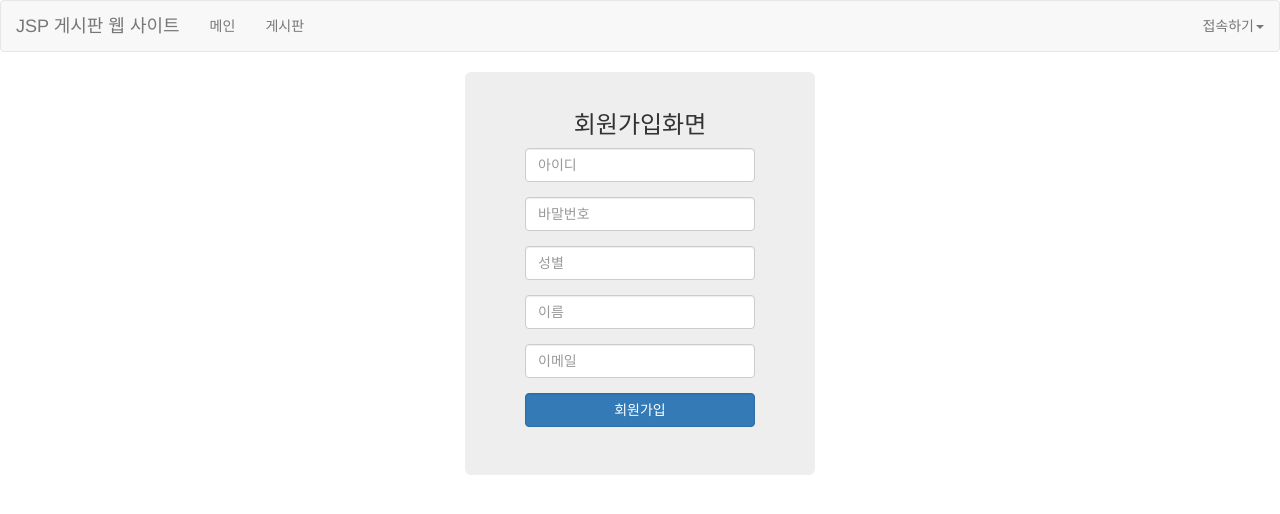
Repository: qqqkjh/JSP
Page: http://localhost/BBS/join.jsp
An editor plug-in stored every save of this project. The page is shown before and after the next save, followed by the edit.
The browser window is 1280 px wide. The pictures show the whole page.
Some web libraries are served in a nearby version. The page is served by Tomcat 9.

Above is the page before, as saved 2020-01-08 13:16:14.

After the next save:
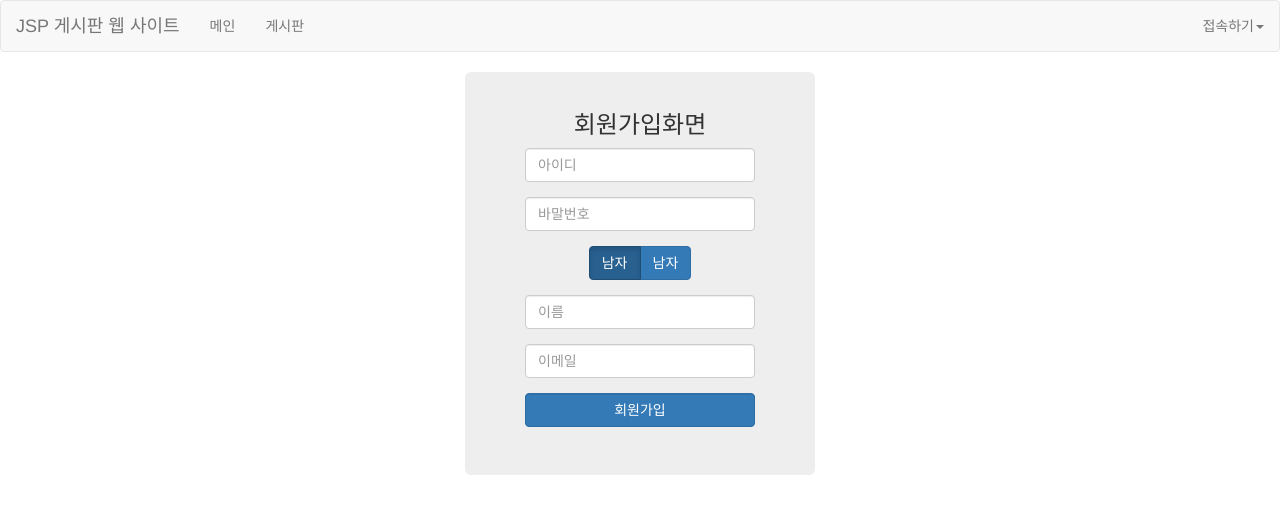
Saved 5 min 23 s later.
--- a/projects/BBS/WebContent/join.jsp
+++ b/projects/BBS/WebContent/join.jsp
@@ -50,8 +50,15 @@
 					<div class="form-group">
 						<input type="password" class="form-control" placeholder="바말번호" name="userPassword" maxlength="20">
 					</div>
-					<div class="form-group">
-						<input type="text" class="form-control" placeholder="성별" name="userGander" maxlength="20">
+					<div class="form-group" style = "text-align: center;">
+						<div class="btn-group" data-toggle="buttons">
+							<label class="btn btn-primary active">
+								<input type="radio" name="userGender" autocomplete="off" value="남자" checked>남자
+							</label>
+							<label class="btn btn-primary">
+								<input type="radio" name="userGender" autocomplete="off" value="남자" checked>남자
+							</label>
+						</div>
 					</div>
 					<div class="form-group">
 						<input type="text" class="form-control" placeholder="이름" name="userName" maxlength="20">
